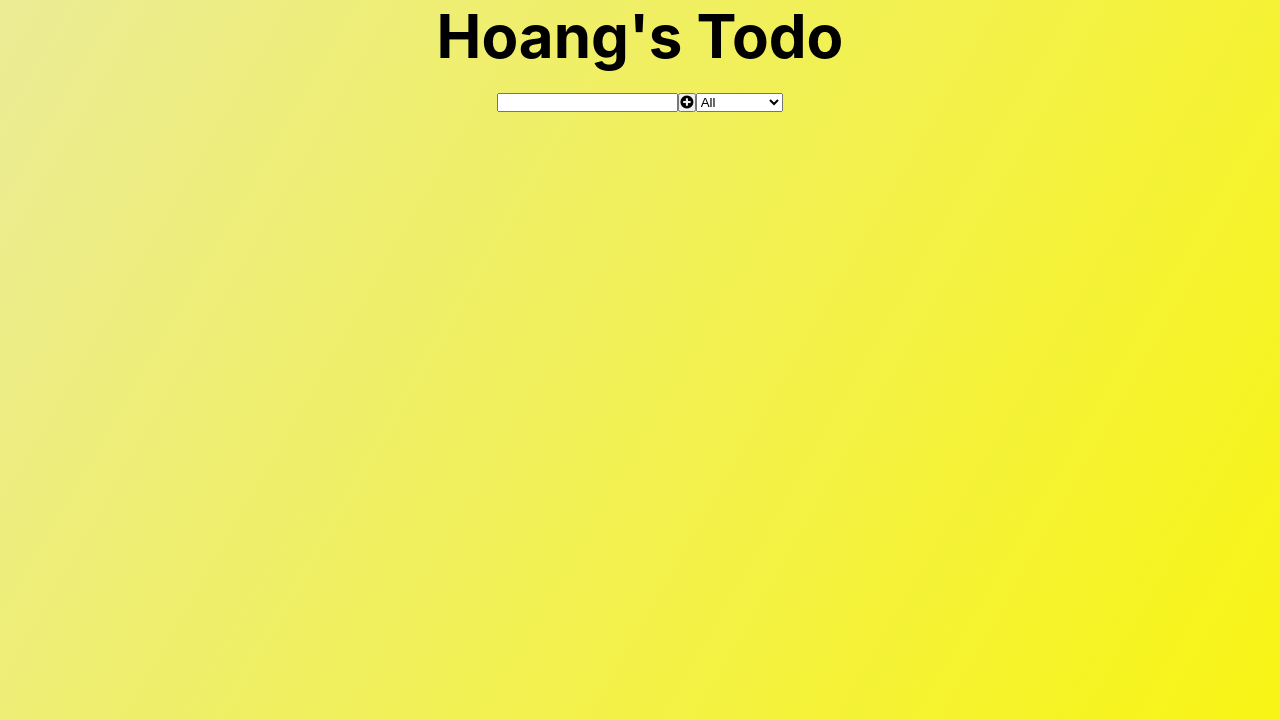
Repository: DinhHoang0607/TodoReact
Page: /
These files come from the project's save history. The page is drawn as it stood at one moment and after the next save; the edit follows.
The browser window is 1280 px wide. The pictures show the whole page.
Some web libraries are served in a nearby version. The project was rebuilt for these pictures with package versions that can differ from the ones it lists, and the page was loaded fresh each time.

Above is the page before, as saved 2021-09-09 19:56:12.

### public/index.html
<!DOCTYPE html>
<html lang="en">
  <head>
    <meta charset="utf-8" />
    <link rel="icon" href="%PUBLIC_URL%/favicon.ico" />
    <meta name="viewport" content="width=device-width, initial-scale=1" />
    <meta name="theme-color" content="#000000" />
    <meta
      name="description"
      content="Web site created using create-react-app"
    />
    <link rel="apple-touch-icon" href="%PUBLIC_URL%/logo192.png" />
    <!--
      manifest.json provides metadata used when your web app is installed on a
      user's mobile device or desktop. See https://developers.google.com/web/fundamentals/web-app-manifest/
    -->
    <link rel="stylesheet" href="https://pro.fontawesome.com/releases/v5.10.0/css/all.css" integrity="sha384-AYmEC3Yw5cVb3ZcuHtOA93w35dYTsvhLPVnYs9eStHfGJvOvKxVfELGroGkvsg+p" crossorigin="anonymous"/>
    <link rel="manifest" href="%PUBLIC_URL%/manifest.json" />
    <!--
      Notice the use of %PUBLIC_URL% in the tags above.
      It will be replaced with the URL of the `public` folder during the build.
      Only files inside the `public` folder can be referenced from the HTML.

      Unlike "/favicon.ico" or "favicon.ico", "%PUBLIC_URL%/favicon.ico" will
      work correctly both with client-side routing and a non-root public URL.
      Learn how to configure a non-root public URL by running `npm run build`.
    -->
    <title>React App</title>
  </head>
  <body>
    <noscript>You need to enable JavaScript to run this app.</noscript>
    <div id="root"></div>
    <!--
      This HTML file is a template.
      If you open it directly in the browser, you will see an empty page.

      You can add webfonts, meta tags, or analytics to this file.
      The build step will place the bundled scripts into the <body> tag.

      To begin the development, run `npm start` or `yarn start`.
      To create a production bundle, use `npm run build` or `yarn build`.
    -->
  </body>
</html>

### src/App.js
import "./App.css";
import React from "react";
import Form from "./components/Form";

function App() {
  return (
    <div className="App">
      <header>
        <h1>Hoang's Todo</h1>
      </header>
      <Form />
    </div>
  );
}

export default App;

### src/App.css
*,
*::before,
*::after {
  box-sizing: border-box;
  padding: 0;
  margin: 0;
}
html {
  font-size: 62.5%;
}
body {
  width: 100%;
  height: 100vh;
  background-image: linear-gradient(120deg, #ebec96 0%, #f8f414 100%);
}
header {
  font-size: 3rem;
  margin: 0 auto;
}
header,
form {
  display: flex;
  justify-content: center;
  align-items: center;
}
form{
  margin: 0 auto;
  width: 50rem;
  height: 6rem;

}
.form__input {
}

### src/components/Form.js
import React from "react";
const Form = () => {
  return (
    <form className="form">
      <input type="text" className="form__input" />
      <button className="form__button" type="submit">
        <i class="fas fa-plus-circle"></i>
      </button>
      <div className="form__select">
        <select name="items" className="select__item">
          <option value="all" selected="selected">
            All
          </option>
          <option value="completed">Completed</option>
          <option value="inProcess">InProcess</option>
        </select>
      </div>
    </form>
  );
};

export default Form;

Loaded but not shown: src/index.js (common file); src/index.css (common file); src/reportWebVitals.js (common file)

After the next save:
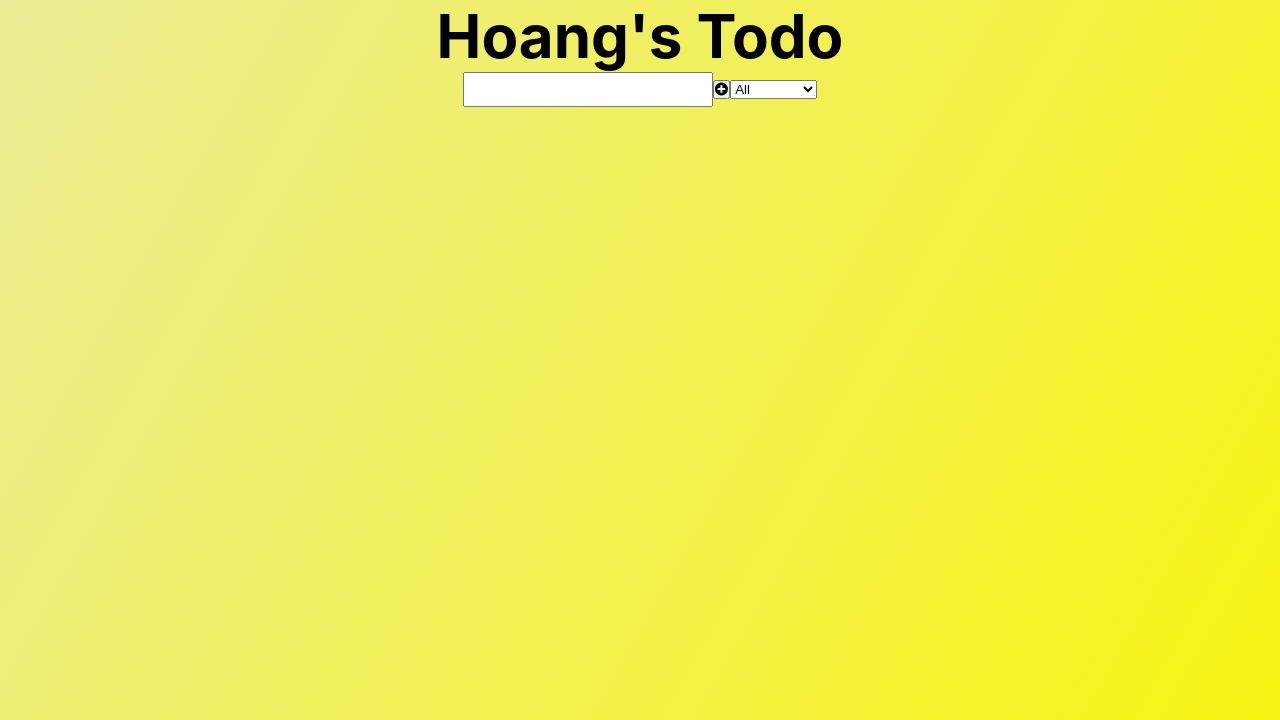
Saved 2 min 0 s later.
--- a/src/App.css
+++ b/src/App.css
@@ -24,10 +24,9 @@ form {
   align-items: center;
 }
 form{
-  margin: 0 auto;
-  width: 50rem;
-  height: 6rem;
 
 }
 .form__input {
+  width: 25rem;
+  height: 3.5rem;
 }
